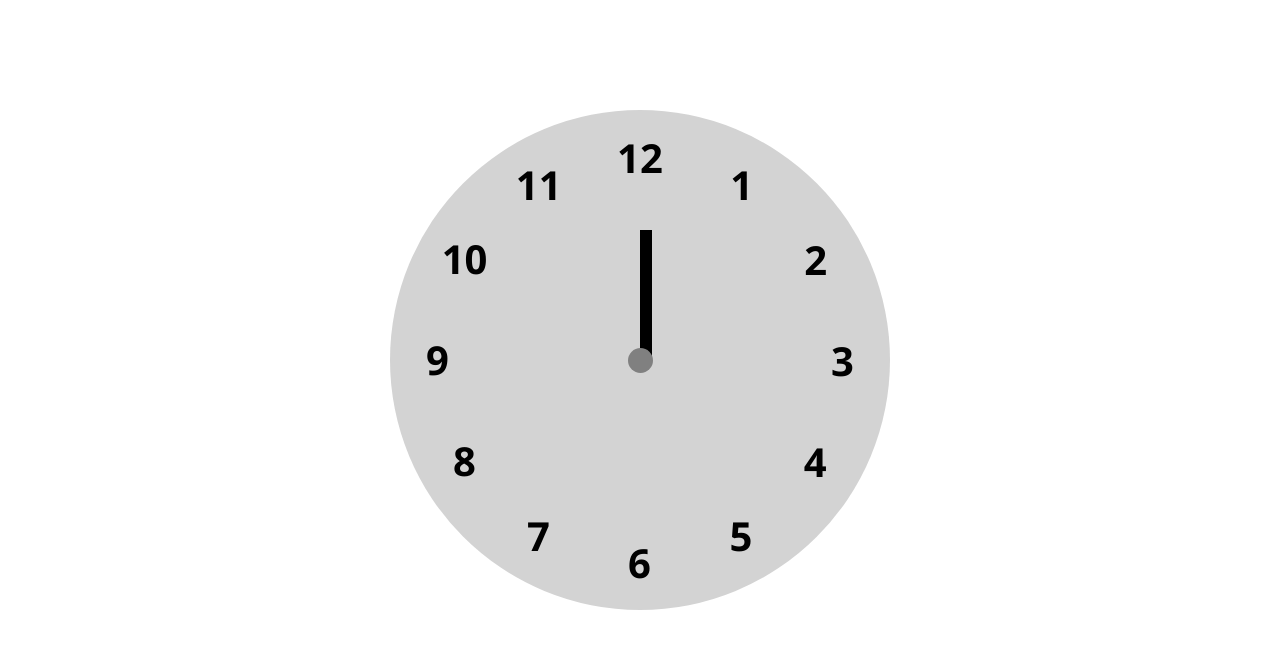
Repository: Suryansh-D/Cool-Clock
Page: index.html
The author's editor kept a copy of each file at every save. The page is drawn from the files as they stood at one save, then again after a run of saves.
The browser window is 1280 px wide. The pictures show the whole page.

Above is the page before, as saved 2024-01-30 15:36:56.

### index.html
<!DOCTYPE html>
<html>
<head>
    <title>Schedule Clock</title>
    <link rel="stylesheet" href="style.css">
</head>
<body>
    <div class="clock">
        <div class="number" style="--n:1"><b>1</b></div>
        <div class="number" style="--n:2"><b>2</b></div>
        <div class="number" style="--n:3"><b>3</b></div>
        <div class="number" style="--n:4"><b>4</b></div>
        <div class="number" style="--n:5"><b>5</b></div>
        <div class="number" style="--n:6"><b>6</b></div>
        <div class="number" style="--n:7"><b>7</b></div>
        <div class="number" style="--n:8"><b>8</b></div>
        <div class="number" style="--n:9"><b>9</b></div>
        <div class="number" style="--n:10"><b>10</b></div>
        <div class="number" style="--n:11"><b>11</b></div>
        <div class="number" style="--n:12"><b>12</b></div>
        <div class="hour-hand"></div>
        <div class="minute-hand"></div>
        <div class="second-hand"></div>
        <div class="center-dot"></div>
    </div>
      </div><script src="script.js"></script>
</body>
</html>

### style.css
*{
    margin: 0;
    padding: 0;
    box-sizing: border-box;
    font-family: 'Segoe UI', Tahoma, Geneva, Verdana, sans-serif;
}

body{
    display: flex;
    justify-content: center;
    align-items: center;
    height: 100vh;
}
.clock{
    width: 500px;
    height: 500px;
    position: relative;
    background-color: lightgray;
    border-radius: 50%;
    display: flex;
    justify-content: center;
    align-items: center;
}
.number{
    transform: rotate(calc(30deg * var(--n)));
    position: absolute;
    text-align: center;
    inset: 20px;
    font-size: 40px;
}
.number b{
    transform: rotate(calc(-30deg * var(--n)));
    display: inline-block;
}

.center-dot{
    position: absolute;
    width: 25px;
    height: 25px;
    background-color: gray;
    border-radius: 50%;
}

.hour-hand{
    position: absolute;
    left: 50%;
    bottom: 50%;
    transform: translate();
}
.hour-hand{
   width:12px;
    height: 130px;
    background-color: black;
}

Loaded but not shown: script.js (empty)

After the next 2 saves:
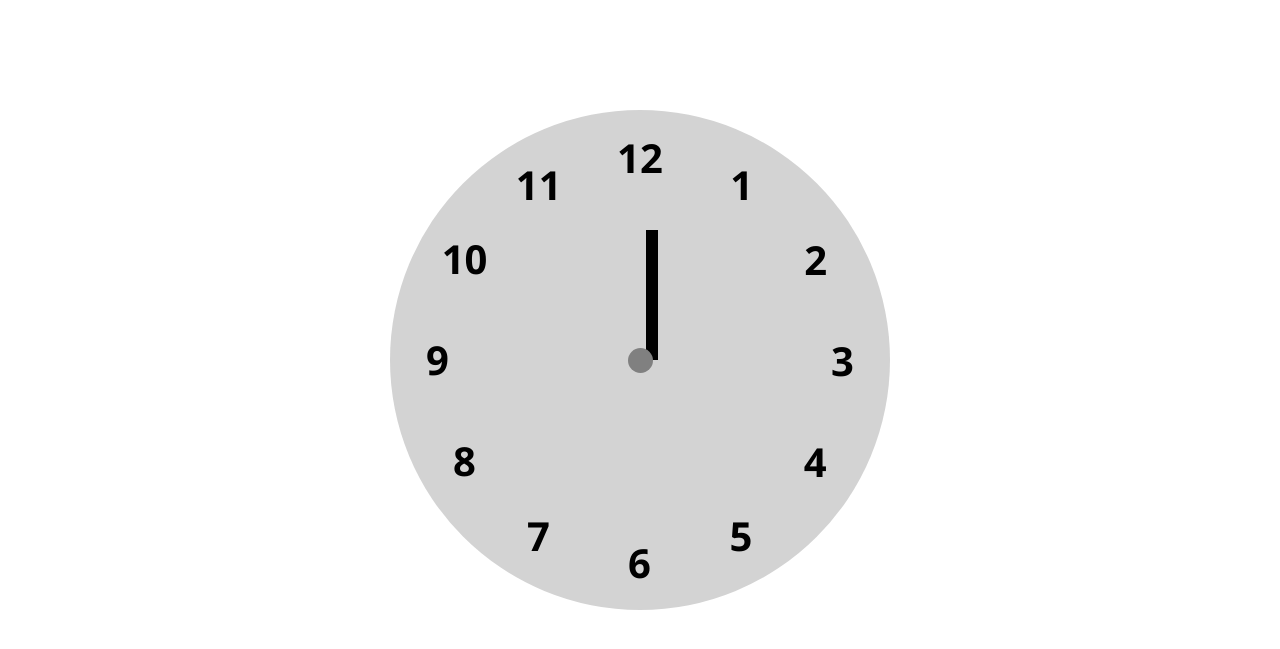
The 2 saves are shown as one change because they came seconds apart.
The last was saved 8 s later.
--- a/style.css
+++ b/style.css
@@ -45,7 +45,7 @@
     position: absolute;
     left: 50%;
     bottom: 50%;
-    transform: translate();
+    transform: translate(50%);
 }
 .hour-hand{
    width:12px;

After the save that followed:
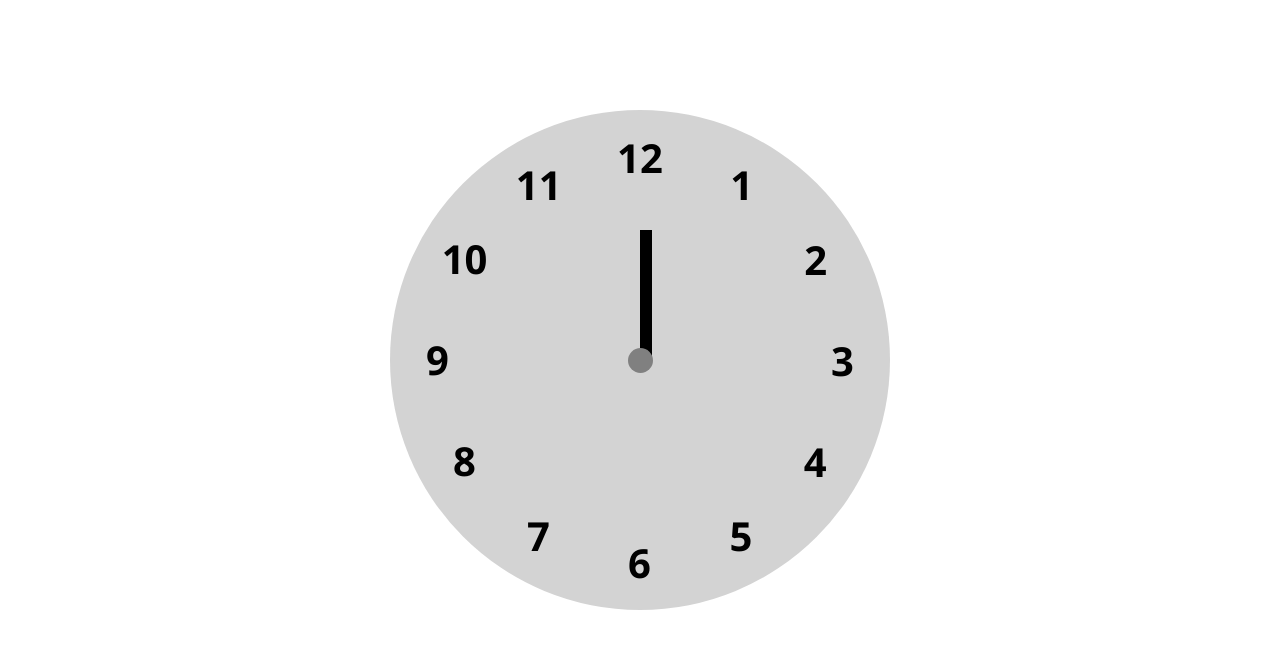
Saved 4 s later.
--- a/style.css
+++ b/style.css
@@ -45,7 +45,7 @@
     position: absolute;
     left: 50%;
     bottom: 50%;
-    transform: translate(50%);
+    transform: translate(50%) rotate();
 }
 .hour-hand{
    width:12px;
